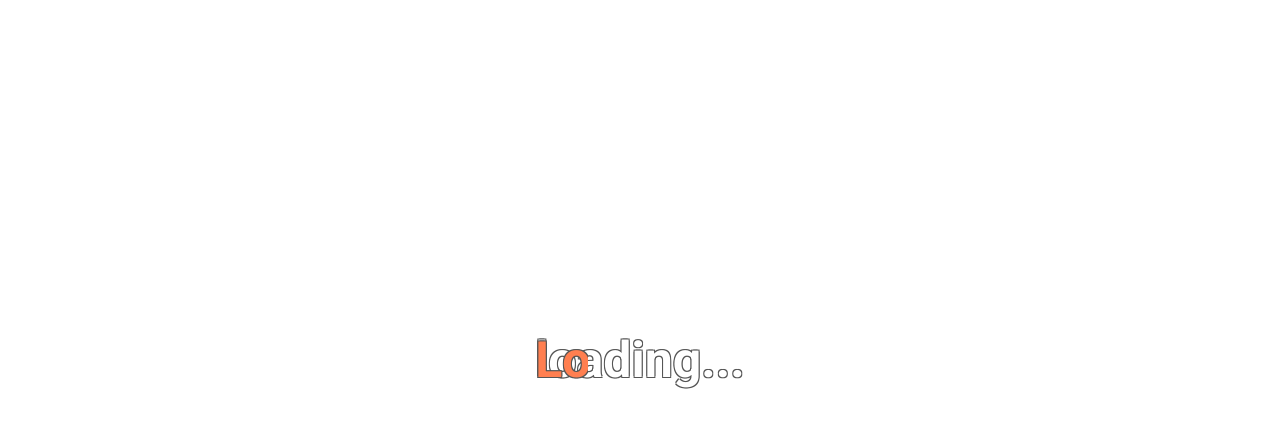
Repository: safak/animation
Page: index-4.html
The author's editor kept a copy of each file at every save. The page is drawn from the files as they stood at one save, then again after the next save.
The browser window is 1280 px wide. The pictures show the whole page.

Above is the page before, as saved 2020-12-17 00:45:34.

After the next save:
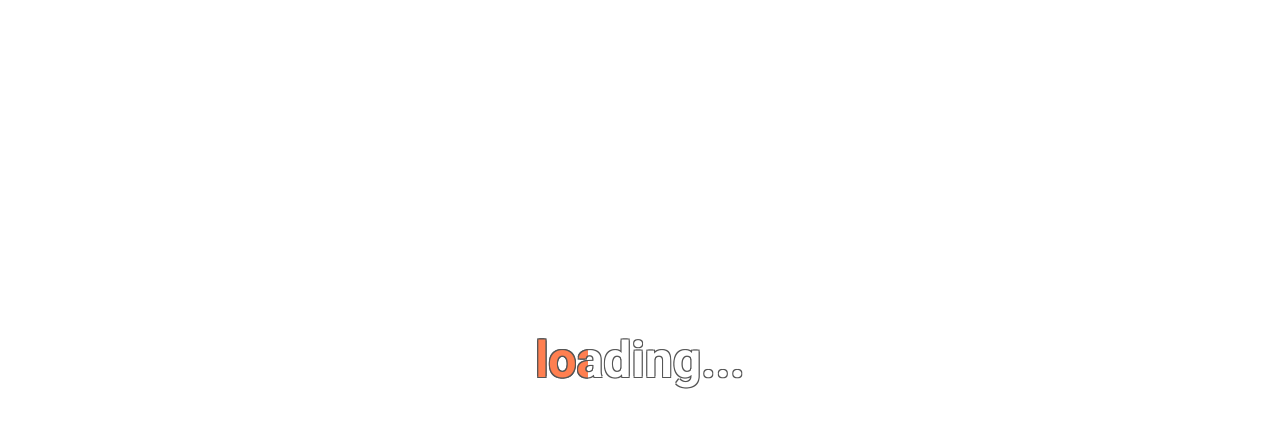
Saved 6 s later.
--- a/style.css
+++ b/style.css
@@ -163,7 +163,7 @@ h1 {
 }
 
 h1::before {
-  content: "Loading...";
+  content: "loading...";
   color: coral;
   top: 0;
   left: 0;
